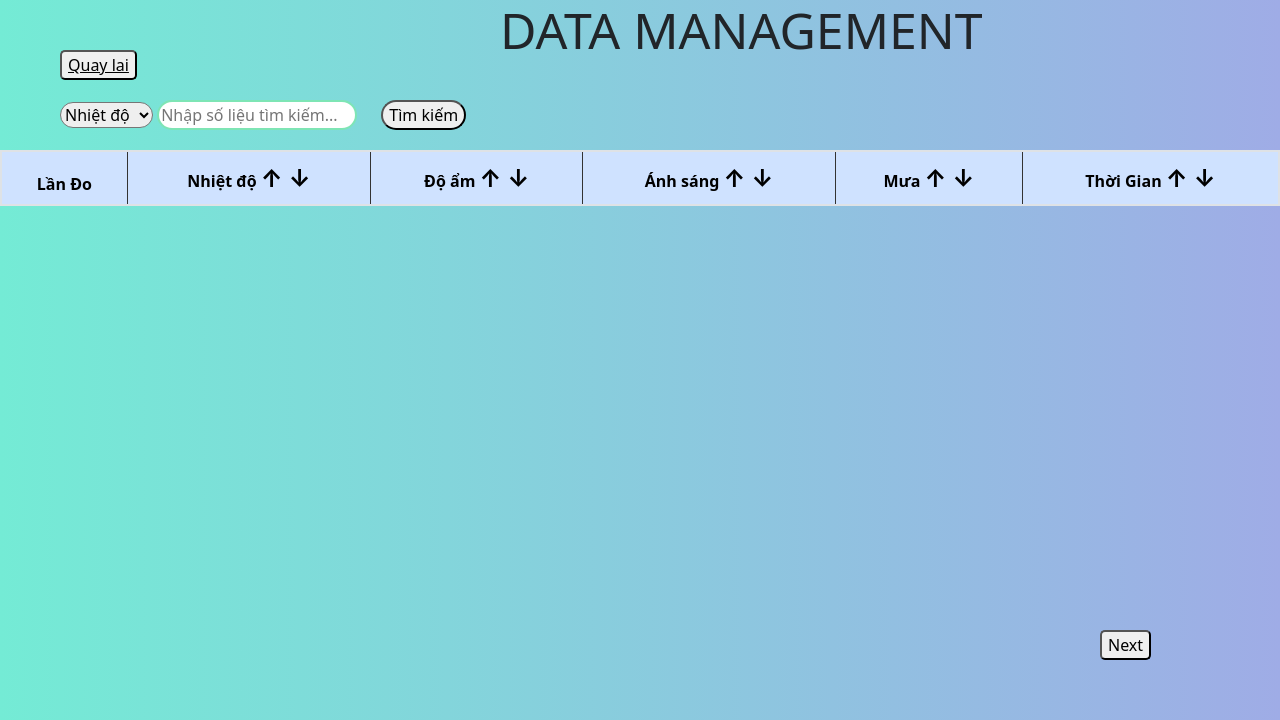
Repository: ndmq03102002/BTL_IOT
Page: Fontend_IOT/iot/data.html
An editor plug-in stored every save of this project. The page is shown before and after the next save, followed by the edit.
The browser window is 1280 px wide. The pictures show the whole page.
The page's requests for data from a server got no answer.

Above is the page before, as saved 2023-10-25 00:15:04.

### Fontend_IOT/iot/data.html
<!DOCTYPE html>
<html lang="en">
<head>
    <meta charset="UTF-8">
    <meta name="viewport" content="width=device-width, initial-scale=1.0">
    <title>Data</title>
    <link rel="stylesheet" href="bootstrap/css/bootstrap.css">
    <style>
        body{
           position: relative;
           background: linear-gradient(to right, #74ebd5 0%, #9face6 100%);
           height: 100vh;
        }
     form{
        position:absolute;
        top:100px;
        left:600px;
        }
        .search-container{
            position:absolute;
            top:100px;
            left:60px;

        }
        input{
            color: #000;
            width: 200px;
            border: 2px solid #75e4b0ed;

            margin-right: 20px;
        }
        table{
            position:absolute;
            width: 100%;
           top:150px;
           border-collapse: collapse;
            border: 2px solid #333;
            background-color: white;
        }
        th, td {
            border: 1px solid #333;
            padding: 8px;
            text-align: center;
        }
        label{
            color:rgb(13 10 0);
        }

        .pagination {
            position:absolute;
            display: flex;
            list-style: none;
            padding: 0;
            top:630px;
            left:1100px;
        }

        .page-item {
            margin-right: 10px;
        }

        .page-link {
            text-decoration: none;
            background-color: #007BFF;
            color: #fff;
            padding: 5px 10px;
            border-radius: 5px;
        }

        .page-link:hover {
            background-color: #0056b3;
        }
        .hidden {
            display: none;
        }
        .sort-icon {
            font-size: 24px; /* Điều chỉnh kích thước của biểu tượng tại đây */
            cursor: pointer; /* Thêm kiểu con trỏ khi di chuột qua biểu tượng */
        }
        .pageButton{
            margin: 100px;
            border-radius: 16px;
        }
        button{
            border-radius: 5px;
            margin-right: 3px;

        }
    </style>

</head>
<body>
    <h1 style="margin-left:500px; font-size: 50px; ">DATA MANAGEMENT</h1>
    <button style=" position:absolute;top:50px;
    left:60px;">
        <a href="index.html" target="_self" style="color: black;" target="_blank"> Quay lai</a>
    </button>
    <div class="search-container">
        <select id="searchColumn" style="border-radius: 16px;">
            <option value="temperature">Nhiệt độ</option>
            <option value="humidity">Độ ẩm</option>
            <option value="light">Ánh sáng</option>
            <option value="mua">Mưa</option>
            <option value="date">Ngày </option>
        </select>
        <input type="text"style="border-radius: 16px;" id="searchInput" placeholder="Nhập số liệu tìm kiếm...">
        <button id="searchButton" style="border-radius: 16px;">Tìm kiếm</button>
    </div>
    <table class="table table-hover " >
        <thead class="table-primary">
            <tr>
                <th>Lần Đo</th>
                <th >
                    Nhiệt độ
                    <span value="temperature" id="sort-by-temperature-incre" class="sort-icon">   &#x2191; </span>
                    <span value="temperature" id="sort-by-temperature-decre" class="sort-icon">   &#x2193;</span>
                </th>
                <th>
                    Độ ẩm
                    <span value="humidity" id="sort-by-humidity-incre" class="sort-icon">   &#x2191; </span>
                    <span value="humidity" id="sort-by-humidity-decre" class="sort-icon">   &#x2193;</span>
                </th>
                <th >
                    Ánh sáng
                    <span value="light" id="sort-by-light-incre" class="sort-icon">   &#x2191; </span>
                    <span value="light" id="sort-by-light-decre" class="sort-icon">   &#x2193;</span>
                </th>
                <th >
                    Mưa
                    <span value="mua" id="sort-by-mua-incre" class="sort-icon">   &#x2191; </span>
                    <span value="mua" id="sort-by-mua-decre" class="sort-icon">   &#x2193;</span>
                </th>
                <th >
                    Thời Gian
                    <span value="time" id="sort-by-time-incre" class="sort-icon">   &#x2191; </span>
                    <span value="time" id="sort-by-time-decre" class="sort-icon">   &#x2193;</span>
                </th>
            </tr>
        </thead>
        <tbody>
            <!-- data from database -->
        </tbody>
    </table>
    <div class="pagination">
        <button id="prevBtn" >Previous</button>
        <div id="pageBtns"></div>
        <button id="nextBtn">Next</button>
    </div>
</body>
<script src="dataJs.js"></script>
</html>

### Fontend_IOT/iot/dataJs.js
let dataFromSpringBoot = []
   function getTempAllData(){

        return fetch(`http://localhost:8080/all`)
        .then(function(response){
            return response.json();
        })
        .then(function(posts){
            dataFromSpringBoot=posts;

        })
        .catch(function(err){
            console.log(err);
        });
    }
   const itemsPerPage = 10;

   // Hàm để lấy dữ liệu cho trang cụ thể
   function getDataForPage(page,ArrayData) {
       const startIndex = (page - 1) * itemsPerPage;
       const endIndex = startIndex + itemsPerPage;
       return ArrayData.slice(startIndex, endIndex);
   }
   // Hiển thị dữ liệu lên bảng
function displayData(data) {
    const tbodyElement = document.querySelector("tbody")
    tbodyElement.innerHTML = ""; // Xóa dữ liệu cũ

    data.forEach(rowData => {
        const row = document.createElement("tr");
        row.innerHTML = `<td>${rowData.id}</td><td>${rowData.temperature}</td><td>${rowData.humidity}</td><td>${rowData.light}</td><td>${rowData.time}</td></td>`;
        tbodyElement.appendChild(row);
    });
}
function displayPage(page,ArrayData) {
    const data = getDataForPage(page,ArrayData);
    displayData(data);
}
getTempAllData().then(()=>{
    // Hiển thị dữ liệu đã phân trang
    const pageBtns = document.getElementById("pageBtns");
    const prevBtn = document.getElementById("prevBtn");
    const nextBtn = document.getElementById("nextBtn");

    let totalPages = Math.ceil(dataFromSpringBoot.length/10); // Đặt số trang dựa vào dữ liệu từ backend
     let currentPage = 1;
     displayPage(currentPage,dataFromSpringBoot)
     updatePaginationUI(totalPages,currentPage,dataFromSpringBoot);

     function createPageButtons(totalPages,ArrayData) {
        // console.log(totalPages)
        pageBtns.innerHTML = "";
        if (totalPages <= 8) {
            for (let i = 1; i <= totalPages; i++) {
                const pageButton = document.createElement("button");
                pageButton.textContent = i;
                pageButton.addEventListener("click", () => goToPage(totalPages,i,ArrayData));
                pageBtns.appendChild(pageButton);
            }
        } else {
            // Hiển thị 7 nút trang đầu, nút "..." và nút cuối cùng
            for (let i = 1; i <= 7; i++) {
                const pageButton = document.createElement("button");
                pageButton.textContent = i;
                pageButton.addEventListener("click", () => goToPage(totalPages,i,ArrayData));
                pageBtns.appendChild(pageButton);
            }
            const ellipsis = document.createElement("span");
            ellipsis.textContent = ". . . . . . .";
            pageBtns.appendChild(ellipsis);
            const lastPageButton = document.createElement("button");
            lastPageButton.textContent = totalPages;
            lastPageButton.addEventListener("click", () => goToPage(totalPages,totalPages,ArrayData));
            pageBtns.appendChild(lastPageButton);
        }

    }

    // Hàm cập nhật giao diện phân trang
    function updatePaginationUI(totalPages,currentPage,ArrayData) {
        createPageButtons(totalPages,ArrayData);
        if(currentPage === 1){
            prevBtn.classList.add("hidden");
        }
        else{
            prevBtn.classList.remove("hidden");
        }

        if(currentPage === totalPages){
            nextBtn.classList.add("hidden");
        }
        else{
            nextBtn.classList.remove("hidden");
        }

    }

    // Hàm chuyển đến trang được chọn
    function goToPage(totalPages,pageNumber,ArrayData) {
        currentPage = pageNumber;
        displayPage(pageNumber,ArrayData)
        updatePaginationUI(totalPages,pageNumber,ArrayData);
        // Thực hiện các tác vụ khác khi chuyển trang, ví dụ: lấy dữ liệu từ backend
    }
    if(totalPages==Math.ceil(dataFromSpringBoot.length/10)){

    // Sự kiện nút Previous
        prevBtn.addEventListener("click", () => {
            if (currentPage > 1) {
                goToPage(totalPages,currentPage - 1,dataFromSpringBoot);
            }
        });

        // Sự kiện nút Next
        nextBtn.addEventListener("click", () => {
            if (currentPage < totalPages) {
                goToPage(totalPages,currentPage + 1,dataFromSpringBoot);
            }
        });
    }
    //-----------------------------------------------------Search-------------------------------------------------------------------
    const searchInput = document.getElementById("searchInput");
    const searchButton = document.getElementById("searchButton");
    const searchColumn = document.getElementById("searchColumn");
    const selectedColumn = searchColumn.value;


     function Search(){
        const searchText = searchInput.value;
        const selectedColumn = searchColumn.value;
        dataSearch= dataFromSpringBoot.filter(a =>{
            if(selectedColumn=="temperature"){
                if(a.temperature==searchText){
                    return true;
                }
            }
            else if(selectedColumn=="humidity"){
                if(a.humidity==searchText){
                    return true;
                }
            }
            else if(selectedColumn=="light"){
                if(a.light==searchText){
                    return true;
                }
            }
            else if(selectedColumn=="mua"){
                if(a.mua==searchText){
                    return true;
                }
            }
            else if(selectedColumn=="date"){
                if(a.time.includes(searchText)){
                    return true;
                }
            }
        })
        let totalPages = Math.ceil(dataSearch.length/10); // Đặt số trang dựa vào dữ liệu từ backend
        let currentPage = 1;
        // console.log(totalPages)
        displayPage(currentPage,dataSearch)
        updatePaginationUI(totalPages,currentPage,dataSearch);
        prevBtn.addEventListener("click", () => {
            if (currentPage > 1) {
                currentPage-=1
                goToPage(totalPages,currentPage,dataSearch);
            }
        });

        // Sự kiện nút Next
        nextBtn.addEventListener("click", () => {
            console.log(currentPage)
            console.log(totalPages)
            if (currentPage < totalPages) {
                currentPage+=1
                goToPage(totalPages,currentPage ,dataSearch);
            }
        });
        }
        searchButton.addEventListener('click',Search)


///--------------------------------------Sort-----------------------------------------------------------------------------------
        function SortIncrease(columnSelect){
            return  dataFromSpringBoot.sort((a,b)=>{
                if (a[columnSelect] > b[columnSelect]) {
                    return 1;
                } else if (a[columnSelect] < b[columnSelect]) {
                    return -1;
                } else {
                    return 0;
                }
            })
           }
           function SortDecrease(columnSelect){
            return  dataFromSpringBoot.sort((a,b)=>{
                if (a[columnSelect] < b[columnSelect]) {
                    return 1;
                } else if (a[columnSelect] > b[columnSelect]) {
                    return -1;
                } else {
                    return 0;
                }
            })
           }
        //-------------------------------increase--------------------------------------------------------------
        button_sort_temp_incre = document.querySelector("#sort-by-temperature-incre").addEventListener('click',()=>{
            DataSort = SortIncrease("temperature")
            let totalPages = Math.ceil(DataSort.length/10);
            let currentPage = 1;
            displayPage(currentPage,DataSort)
            updatePaginationUI(totalPages,currentPage,DataSort);
        })
        button_sort_hum_incre = document.querySelector("#sort-by-humidity-incre").addEventListener('click',()=>{
            DataSort = SortIncrease("humidity")
            let totalPages = Math.ceil(DataSort.length/10);
            let currentPage = 1;
            displayPage(currentPage,DataSort)
            updatePaginationUI(totalPages,currentPage,DataSort);
        })
        button_sort_light_incre = document.querySelector("#sort-by-light-incre").addEventListener('click',()=>{
            DataSort = SortIncrease("light")
            let totalPages = Math.ceil(DataSort.length/10);
            let currentPage = 1;
            displayPage(currentPage,DataSort)
            updatePaginationUI(totalPages,currentPage,DataSort);
        })
        button_sort_light_incre = document.querySelector("#sort-by-mua-incre").addEventListener('click',()=>{
            DataSort = SortIncrease("mua")
            let totalPages = Math.ceil(DataSort.length/10);
            let currentPage = 1;
            displayPage(currentPage,DataSort)
            updatePaginationUI(totalPages,currentPage,DataSort);
        })
        button_sort_time_incre = document.querySelector("#sort-by-time-incre").addEventListener('click',()=>{
            DataSort = SortIncrease("time")
            let totalPages = Math.ceil(DataSort.length/10);
            let currentPage = 1;
            displayPage(currentPage,DataSort)
            updatePaginationUI(totalPages,currentPage,DataSort);
        })
        //---------------------------------decrease------------------------------------------------------------
        button_sort_temp_incre = document.querySelector("#sort-by-temperature-decre").addEventListener('click',()=>{
            DataSort = SortDecrease("temperature")
            let totalPages = Math.ceil(DataSort.length/10);
            let currentPage = 1;
            displayPage(currentPage,DataSort)
            updatePaginationUI(totalPages,currentPage,DataSort);
        })
        button_sort_hum_incre = document.querySelector("#sort-by-humidity-decre").addEventListener('click',()=>{
            DataSort = SortDecrease("humidity")
            let totalPages = Math.ceil(DataSort.length/10);
            let currentPage = 1;
            displayPage(currentPage,DataSort)
            updatePaginationUI(totalPages,currentPage,DataSort);
        })
        button_sort_light_incre = document.querySelector("#sort-by-light-decre").addEventListener('click',()=>{
            DataSort = SortDecrease("light")
            let totalPages = Math.ceil(DataSort.length/10);
            let currentPage = 1;
            displayPage(currentPage,DataSort)
            updatePaginationUI(totalPages,currentPage,DataSort);
        })
        button_sort_light_incre = document.querySelector("#sort-by-mua-decre").addEventListener('click',()=>{
            DataSort = SortDecrease("mua")
            let totalPages = Math.ceil(DataSort.length/10);
            let currentPage = 1;
            displayPage(currentPage,DataSort)
            updatePaginationUI(totalPages,currentPage,DataSort);
        })
        button_sort_time_incre = document.querySelector("#sort-by-time-decre").addEventListener('click',()=>{
            DataSort = SortDecrease("time")
            let totalPages = Math.ceil(DataSort.length/10);
            let currentPage = 1;
            displayPage(currentPage,DataSort)
            updatePaginationUI(totalPages,currentPage,DataSort);
        })

   })

// Chức năm tìm kiếm

    // searchButton.addEventListener("click", function () {
    //     const searchText = document.getElementById("searchInput").value;
    //     const selectedColumn = document.getElementById("columnSelect").value;

    //     // Sử dụng fetch để gửi yêu cầu tìm kiếm tới Spring Boot
    //     fetch(`http://localhost:9000/searchFromColumn/${selectedColumn}/${searchText}`)
    //         .then(response => response.json())
    //         .then(data => {
    //             // Xử lý dữ liệu từ Spring Boot và hiển thị nó trong bảng
    //             displayData(data);
    //         })
    //         .catch(error => {
    //             console.error("Lỗi: ", error);
    //         });
    // });

Loaded but not shown: Fontend_IOT/iot/bootstrap/css/bootstrap.css (library)

After the next save:
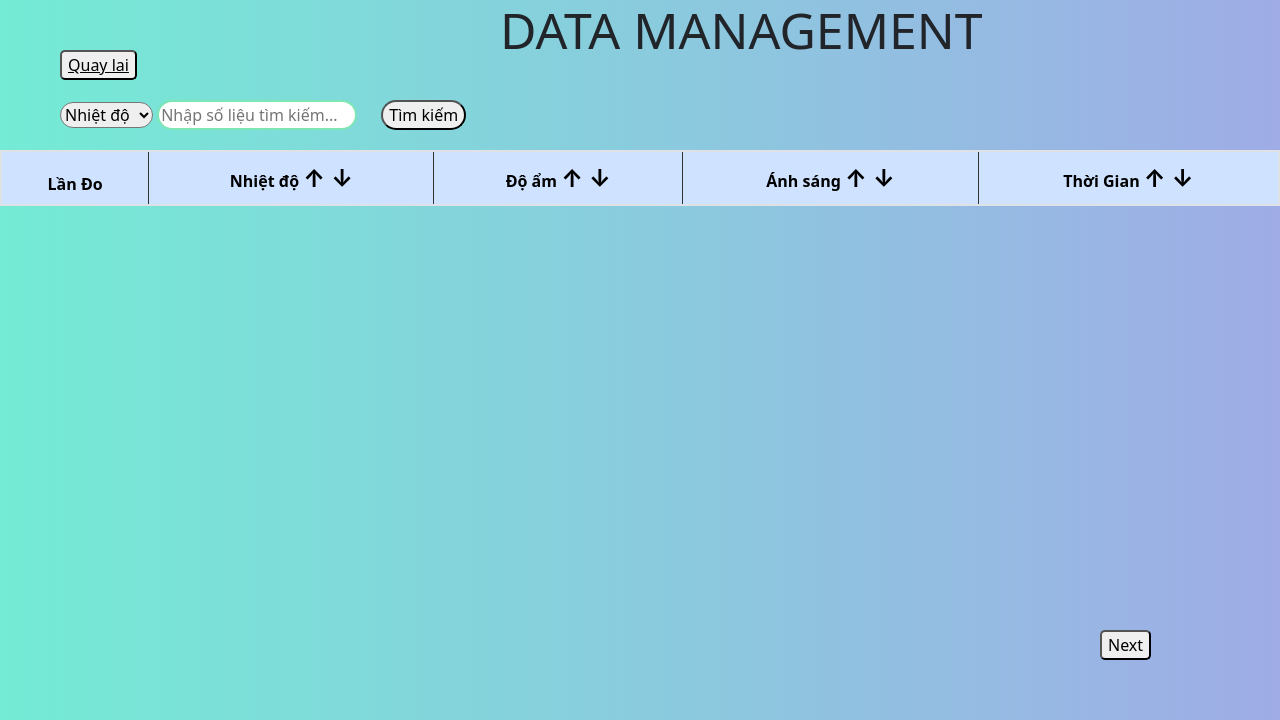
Console error: TypeError: Cannot read properties of null (reading 'addEventListener')
Saved 48 s later.
--- a/Fontend_IOT/iot/data.html
+++ b/Fontend_IOT/iot/data.html
@@ -100,7 +100,6 @@
             <option value="temperature">Nhiệt độ</option>
             <option value="humidity">Độ ẩm</option>
             <option value="light">Ánh sáng</option>
-            <option value="mua">Mưa</option>
             <option value="date">Ngày </option>
         </select>
         <input type="text"style="border-radius: 16px;" id="searchInput" placeholder="Nhập số liệu tìm kiếm...">
@@ -126,11 +125,6 @@
                     <span value="light" id="sort-by-light-decre" class="sort-icon">   &#x2193;</span>
                 </th>
                 <th >
-                    Mưa
-                    <span value="mua" id="sort-by-mua-incre" class="sort-icon">   &#x2191; </span>
-                    <span value="mua" id="sort-by-mua-decre" class="sort-icon">   &#x2193;</span>
-                </th>
-                <th >
                     Thời Gian
                     <span value="time" id="sort-by-time-incre" class="sort-icon">   &#x2191; </span>
                     <span value="time" id="sort-by-time-decre" class="sort-icon">   &#x2193;</span>
